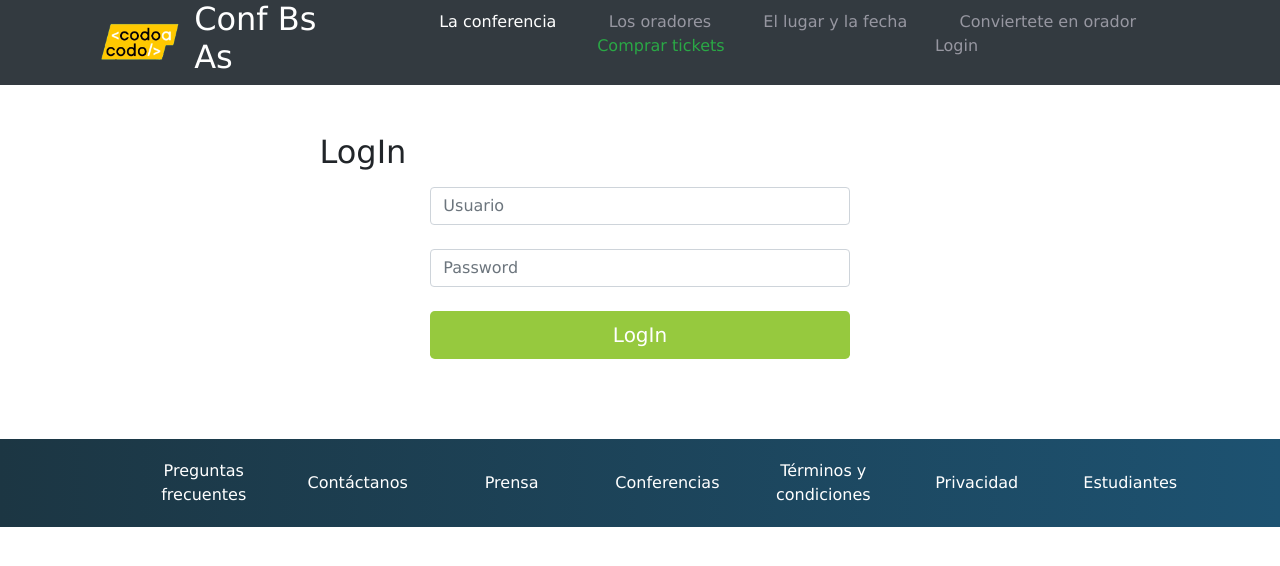
Repository: carolinaeramirez/tpntegrador_cac_23552
Page: http://localhost/integrador_cac/login.jsp
An editor plug-in stored every save of this project. The page is shown before and after the next save, followed by the edit.
The browser window is 1280 px wide. The pictures show the whole page.
The page is served by Tomcat 9. Other server files are loaded and not shown.

Above is the page before, as saved 2023-12-15 20:10:06.

### integrador_cac/src/main/webapp/login.jsp
<%@ page language="java" contentType="text/html; charset=UTF-8"
    pageEncoding="UTF-8"%>
<%@page import="ar.com.integrador.domain.Orador"%>
<%@page import="java.util.List"%>

<!doctype html>
<html lang="es">

	<head>
	  <meta charset="utf-8">
	  <meta name="viewport" content="width=device-width, initial-scale=1">




    <link
      rel="shortcut icon"
      href="./assets/img/favicon.ico"
      type="image/x-icon"
    />
    <link
      href="https://cdn.jsdelivr.net/npm/bootstrap@5.0.2/dist/css/bootstrap.min.css"
      rel="stylesheet"
      integrity="sha384-EVSTQN3/azprG1Anm3QDgpJLIm9Nao0Yz1ztcQTwFspd3yD65VohhpuuCOmLASjC"
      crossorigin="anonymous"
    />
    <link rel="stylesheet" href="./css/estilos.css" />
	  <title>Trabajo Integrador</title>

	</head>
	<body>

		<jsp:include page="header.jsp"/>

		<main class="d-flex justify-content-center align-items-center">
		 <section class="mt-5 container" id="form-orador">
		        <div class="row justify-content-center">
		            <div class="col-lg-8 col-xl-7">
		                <h2 class="titulo-gral mb-3">LogIn</h2>

		                <form action="<%=request.getContextPath()%>/LoginAdminController" method="POST">
		                    <div class="row justify-content-center">
		                        <div class="col-8 mb-3 mb-4">
		                            <input type="text" class="form-control" name="nombre" placeholder="Usuario" aria-label="Nombre" required>

		                        </div>
		                         <div class="col-8 mb-3 mb-4">
		                           <input type="password" class="form-control" name="password" placeholder="Password" aria-label="Password" required>
		                         </div>
		                    </div>
		                    <div class="row justify-content-center">
		                        <div class="col-8 mb-3">
		                            <div class="d-grid">
		                                <button type="submit" class="btn btn-lg btn-form">LogIn</button>
		                            </div>
		                        </div>
		                    </div>
		                </form>
		            </div>
		        </div>
		    </section>

		</main>

		<jsp:include page="footer.jsp"/>

		<script src="https://cdn.jsdelivr.net/npm/bootstrap@5.1.3/dist/js/bootstrap.bundle.min.js" integrity="sha384-ka7Sk0Gln4gmtz2MlQnikT1wXgYsOg+OMhuP+IlRH9sENBO0LRn5q+8nbTov4+1p" crossorigin="anonymous"></script>

	</body>
</html>

### integrador_cac/src/main/webapp/header.jsp
 <header>
      <div class="encabezado">
        <div class="encabezado__logo">
          <a
            href="https://buenosaires.gob.ar/educacion/codo-codo-40"
            target="_blank"
          >
            <img
              class="encabezado__logo__img"
              src="assets/img/codoacodo.png"
              alt="logo de codo a codo 4.0"
              loading="lazy"
            />
          </a>
        </div>
        <div class="encabezado__titulo">
          <h2>Conf Bs As</h2>
        </div>
        <nav class="encabezado__nav">
          <ul>
            <li>
              <a class="encabezado_conferencia" href="index.jsp#conferencia"
                >La conferencia</a
              >
            </li>
            <li>
              <a class="encabezado_links" href="index.jsp#oradores">Los oradores</a>
            </li>
            <li>
              <a class="encabezado_links" href="index.jsp#lugarFecha"
                >El lugar y la fecha</a
              >
            </li>
            <li>
              <a class="encabezado_links" href="index.jsp#formularioOrador"
                >Conviertete en orador</a
              >
            </li>
            <li>
              <a class="encabezado_comprar_tickets" href="tickets.jsp"
                >Comprar tickets</a
              >
            </li>
            <li>
              <a class="encabezado_links" href="login.jsp"
                >Login</a
              >
            </li>
          </ul>
        </nav>
        <div class="encabezado__hamburguesa">
          <i class="fas fa-bars" id="hamburguesa"></i>
        </div>
      </div>
    </header>

### integrador_cac/src/main/webapp/footer.jsp
<footer class="footer_contenedor">
      <a class="anclas_footer" href="">Preguntas frecuentes</a>
      <a class="anclas_footer" href="">Contáctanos</a>
      <a class="anclas_footer" href="">Prensa</a>
      <a class="anclas_footer" href="">Conferencias</a>
      <a class="anclas_footer" href="">Términos y condiciones</a>
      <a class="anclas_footer" href="">Privacidad</a>
      <a class="anclas_footer" href="">Estudiantes</a>
    </footer>

### integrador_cac/src/main/webapp/css/estilos.css
* {
  margin: 0;
  padding: 0;
  box-sizing: border-box;
  font-family: "Lucida Sans", "Lucida Sans Regular", "Lucida Grande",
    "Lucida Sans Unicode", Geneva, Verdana, sans-serif;

}

/* Encabezado */.encabezado {
  width: 100%;
  padding-left: 5%;
  padding-right: 5%;
  height: 15%;
  background-color: rgb(51, 58, 64);
  display: flex;
  align-items: center;
  justify-content: flex-start;
  flex-direction: row;

  /* Responsive */
  @media (max-width: 768px) {
    flex-direction: row;
    align-items:center;
    justify-content: space-between;
  }
}

.encabezado__logo {
  margin-left: 2%;
  width: 10%;

  /* Responsive */
  @media (max-width: 768px) {
    margin-left: 0;
    width: 100%;
  }
}

.encabezado__logo__img {
  width: 100%;
}

.encabezado__titulo {
  width: 15%;
  color: white;
  font-size: 1rem;

  /* Responsive */
}
@media (max-width: 768px) {
  .encabezado__titulo {
    margin-left: 0;
    width: 100%;
  }
}
.encabezado__nav {
  margin-right: 5%;
  width: 75%;
  display: flex;
  align-items: flex-end;
  justify-content: flex-end;
  flex-direction: row;
  position: relative;

  /* Responsive */
}
.encabezado__hamburguesa {
  color: white;
  position: absolute;
  right: 20px;
  top: 10px;
}
@media (max-width: 768px) {
  .encabezado__nav {
    display: none;
  }

  .encabezado__hamburguesa {
    display: block;
  }
}
.encabezado__nav ul {
  display: flex;
  align-items: flex-end;
  justify-content: space-evenly;
  flex-direction: row;
  flex-wrap: wrap;
  list-style: none;
}

.encabezado__nav ul li a {
  margin-left: 30px;
  text-decoration: none;
  font-size: 1rem;
}

.encabezado_conferencia {
  color: white;
}

.encabezado_links {
  color: rgb(151, 151, 161);
}

.encabezado_comprar_tickets {
  color: rgb(42, 168, 69);
}

/* conferencia Bs As */
.section_conferencia {
  width: 100%;
  background-image: linear-gradient(rgba(0, 0, 0, 0.5), rgba(0, 0, 0, 0.4)),
    url("../assets/img/palaciodelasaguas.jpg");
  background-size: cover;
  background-position: center;
  background-repeat: no-repeat;
  display: flex;
  flex-direction: column;
  align-content: flex-end;
  justify-content: flex-end;
  text-align: right;
  color: white;
  padding-right: 5%;
  padding-bottom: 10%;
  padding-top: 10%;

  /* Responsive */
}
@media (max-width: 768px) {
  .section_conferencia {
    padding-left: 0;
    padding-right: 0;
    text-align: center;
    flex-wrap: wrap;
  }
}
.section_conferencia h1 {
  font-size: 2rem;
  font-weight: 500;
  margin: 0;
  padding: 0;

  /* Responsive */
}
@media (max-width: 768px) {
  .section_conferencia h1 {
    font-size: 24px;
  }
}
.section_conferencia p {
  font-size: 1rem;
  font-weight: 400;
  margin-left: 50%;
  padding: 0;

  /* Responsive */
  @media (max-width: 768px) {
    font-size: 14px;
  }
}

.section_conferencia_button {
  font-size: 1.5rem;
  display: flex;
  justify-content: flex-end;
  padding-top: 20px;

  /* Responsive */
  @media (max-width: 768px) {
    display: flex;
    flex-direction: column;
    justify-content: center;
  }
}

.comprar_tickets {
  text-decoration: none;
  border-radius: 8%;
  border: none;
  background-color: rgb(39, 168, 68);
  color: white;
  padding: 1%;
  margin-left: 10px;
  font-size: 1rem;

  /* Responsive */
  @media (max-width: 768px) {
    margin: 0 auto;
  }
}

.quiero_ser_orador {
  text-decoration: none;
  border-radius: 8%;
  border: solid 1px white;
  color: white;
  padding: 1%;
  font-size: 1rem;

  /* Responsive */
  @media (max-width: 768px) {
    margin: 0 auto;
  }
}

/* LOS ORADORES */
.oradores {
  width: 80%;
  margin: 2% auto;
  text-align: center;
  padding-top: 5px;

  @media (max-width: 780px) {
    margin: 0;
    padding: 0;
    width: 100%;
    flex-direction: column;
  }
}
.contenedor-tarjetas {
  padding: 1%;
  display: flex;
  justify-content: space-between;
  /* Responsive */
}
@media (max-width: 780px) {
  .contenedor-tarjetas {
    margin: 0;
    padding: 0;
    width: 100%;
    flex-direction: column;
    flex-wrap: wrap;
  }
}
@media (max-width: 780px) {
  .card {
    flex-direction: column;
    width: 100%;
  }
}

.temas {
  display: flex;
  flex-direction: row;
  align-items: start;
  justify-content: start;
}
.colorCeleste {
  margin-left: 10px;
  padding: 2px;
  font-size: 1rem;
  background-color: rgb(0, 200, 255);
  color: white;
  border: 1px solid rgb(0, 200, 255);
  border-radius: 5px;
}
.colorAmarillo {
  font-size: 1rem;
  background-color: rgb(255, 255, 0);
  color: black;
  padding: 2px;
  border: 1px solid rgb(255, 255, 0);
  border-radius: 5px;
}
.colorGris {
  padding: 2px;
  font-size: 1rem;
  background-color: rgb(106, 106, 106);
  color: white;
  border: 1px solid rgb(106, 106, 106);
  border-radius: 5px;
}
.colorRojo {
  padding: 2px;
  margin-left: 10px;
  font-size: 1rem;
  background-color: rgb(171, 2, 2);
  color: white;
  border: 1px solid rgb(171, 2, 2);
  border-radius: 5px;
  text-align: left;
}
.card-title {
  text-align: left;
  font-weight: bold;
}
.card-text {
  text-align: justify;
}
/* honolulu section. */

.lugar_fecha {
  width: 100%;
  height: 400px;
  margin-top: 1%;
  display: flex;
  justify-content: space-between;
  flex-direction: row;
}

.lugar_fecha_imagen {
  max-width: 50%;
  overflow: hidden;
  align-items: center;
}
.lugar_fecha_imagen img {
  max-width: 100%;
  height: auto;
}

.lugar_fecha_texto {
  padding: 2%;
  width: 50%;
  background-color: rgb(53, 58, 61);
  display: flex;
  justify-content: start;
  align-content: flex-start;
  flex-wrap: wrap;
  text-align: left;
}
.lugar_fecha_texto h2 {
  color: white;
  font-size: 2rem;
}
.lugar_fecha_texto p {
  color: white;
  font-size: 1rem;
}
.lugar_fecha_conoce_mas {
  display: flex;
  flex-direction: row;
  align-items: end;
  justify-content: end;
  color: white;
  font-size: 1rem;
  border: solid 1px white;
}
@media (max-width: 780px) {
  .lugar_fecha {
    flex-direction: column;
    height: auto;
  }

  .lugar_fecha_imagen {
    max-width: 100%;
  }

  .lugar_fecha_texto {
    width: 100%;
  }
}
/* ***************************************************** */
/* Formulario oradores */

.formularioOrador {

  display: flex;
  justify-content: space-evenly;
  align-items: center;
  background-color: aqua;
  flex-direction: row;
  margin-bottom:10%

}
.btn-form {
  background: #96c93e;
  color: #fff !important;
}
.btn-form:hover { background: #74aa17; }
.titulo-subtitulo {
  margin-top: 5%;
  display: flex;
  justify-content: center;
  align-items: center;
  flex-direction: column;
}
.titulo-subtitulo .titulo {
  color: black;
  font-size: 2rem;
}
.titulo-subtitulo .subtitulo {
  color: black;
  font-size: 1rem;
}
.titulo-subtitulo .info {
  text-align: left;
  color: black;
  font-size: 1.5rem;
  font-family: "Gill Sans", "Gill Sans MT", Calibri, "Trebuchet MS", sans-serif;
}
.formulario-row {
  background-color: aqua;
  width: 80%;
  margin-left: 15%;
}
.input-textarea {
  width: 80%;
  height: auto;
  margin-left: 15%;
}
.label-textarea {
  color: rgb(115, 110, 110);
  font-size: 1rem;
  padding: 0;
}
.input {
  width: 100%;
  margin-right: 5%;
  border: solid 1px gray;
  border-radius: 5%;
}
.input_textarea {
  width: 105%;
  height: 20vh;
  display: block;
  justify-content: center;
  align-items: center;
  margin-top: 5%;
}
.btn-enviar {
  margin-top: 1%;
  width: 100%;
  padding: 8px;
  background-color: rgb(150, 201, 62);
  border-radius: 5px;
  border: solid 1px rgb(150, 201, 62);
  font-size: 1rem;

}
.btn-enviar:hover{
	background-color: rgb(103,201,05);
}

/* FOOTER */
.footer_contenedor {

  display: flex;
  flex-wrap: nowrap;
  flex-direction: row;
  justify-content: space-evenly;
  align-items: center;
  text-align: center;
  margin-top: 5%;
  padding: 20px 100px 20px 100px;
  background: linear-gradient(to right, rgb(28, 54, 67), rgb(29, 82, 113));
position:sticky;
  bottom: 0;
  width: 100%;

}
@media (max-width: 780px) {
  .footer_contenedor {
    align-items: start;
    justify-content: flex-start;
    flex-direction: column;
    height: auto;
position:sticky;
  bottom: 0;
  width: 100%;
  }
}
.footer_contenedor ul {
  list-style: none;
  display: flex;
  flex-wrap: nowrap;
  flex-direction: row;
  justify-content: space-evenly;
  align-items: center;
}
.anclas_footer {
  width: 10%;
  text-decoration: none;
  color: white;
  font-size: 1rem;
  margin-left: 5%;
}

/* PAGE TICKETS */
.main-tickets {
  width: 100%;
  height: auto;
}
/* ****************Categorias de descuentos************ */
.categoria {
  padding: 1%;
  display: flex;
  flex-direction: row;
  justify-content: space-evenly;
  width: 60%;
  margin-left: 20%;
  margin-top: 3%;
  align-items: center;
  align-content: center;
  /* gap: 10px; */
  flex-wrap: wrap;
}

.categoria__cat {
  width: 30%;
  height: 30%;
  display: flex;
  flex-direction: column;
  justify-content: center;
  align-items: center;
  flex-wrap: 10px;
  background: #ffffff;
  text-align: center;
  padding: 25px;
  transition: transform 0.3s;
}
.categoria__cat:hover {
  transform: scale(1.1);
  box-shadow: 0 0 10px rgba(0, 0, 0, 0.5);
}

.categoria__cat__title {
  text-align: center;
  font-family: Arial, Helvetica, sans-serif;
  font-size: 1.5rem;
  font-style: normal;
  font-weight: 600;
  line-height: normal;
  line-height: 2.5;
}

.categoria__cat__texto {
  font-size: 0.8rem;
  font-style: normal;
  font-weight: 400;
  line-height: normal;
  display: flex;
  flex-direction: column;
  line-height: 2.5;
}
.categoria__cat__porcentaje {
  text-align: center;
  font-family: Arial, Helvetica, sans-serif;
  font-size: 1rem;
  font-style: normal;
  font-weight: 600;
  line-height: normal;
  line-height: 2.5;
}
@media (max-width: 780px) {
  .categoria {
    margin-left: 20%;
    padding: 0;
    width: 70%;
    height: 30%;
    display: flex;
    justify-content: center;
    align-items: center;
    flex-direction: column;
    flex-wrap: wrap;
  }
  .categoria__cat {
    width: 100%;
    margin-top: 20px;
  }
}
/* Uso el id para darles los bordes de cada color a las categorias */
#estudiante {
  border: solid 2px;
  border-color: rgb(0, 123, 255);
}

#trainee {
  border: solid 2px;
  border-color: rgb(23, 162, 184);
}
#junior {
  border: solid 2px;
  border-color: rgb(255, 193, 7);
}

/* Formulario de compra de tickets */

.form {
  width: 100%;
  display: flex;
  flex-direction: column;
  justify-content: center;
  align-items: center;
  padding: 1% 10% 0% 10%;
}

.form__encabezado {
  display: flex;
  justify-content: center;
  flex-direction: column;
  align-items: center;
  line-height: 2;
}

.form-input-center {
  padding: 5px;
  display: flex;
  flex-direction: row;
  justify-content: space-between;
  width: 70%;
}


.input-center {
  margin-bottom: 10px;
  margin-right: 5px;
  display: flex;
  flex-direction: row;
  justify-content: space-between;
  width: 100%;
  border-radius: 5px;
  border: 1px solid rgb(141, 138, 138);
  padding: 2px;
}
@media (max-width: 780px) {
  .form-input-center {
    margin-left: 0%;
    padding: 0;
    width: 100%;
    display: flex;
    justify-content: center;
    align-items: center;
    flex-direction: column;
    flex-wrap: wrap;
  }

}
#categoria {
  padding: 1px;
  margin-left: 3px;
  width: 98%;
}

.input-label {
  font-size: 0.9rem;

  width: 100%;
  display: flex;
  justify-content: space-between;
  flex-direction: column;
}

/* pago y botones  */
.total {
  /* margin-top: 20px; */
  width: 70%;
  display: flex;
  align-items: center;
  justify-content: start;
  flex-direction: row;
  padding: 5px;
}
.total_pago {
  width: 100%;
  background-color: lightblue;
  border: 1px solid rgb(204, 229, 255);
  border-radius: 5px;
  font-size: 1rem;
  display: block;
  padding: 2px;
}
.botones {
  width: 70%;
  display: flex;
  justify-content: space-between;
  flex-direction: row;
  align-items: center;
  padding: 5px;
}
.boton {
  display: flex;
  justify-content: center;
  background-color: rgb(151, 201, 62);
  width: 50%;
  text-align: center;
  font-size: 1.2rem;
  color: white;
  border: 1px solid rgb(151, 201, 62);
  border-radius: 3px;
  /* margin-left: 5px; */
}

After the next save:
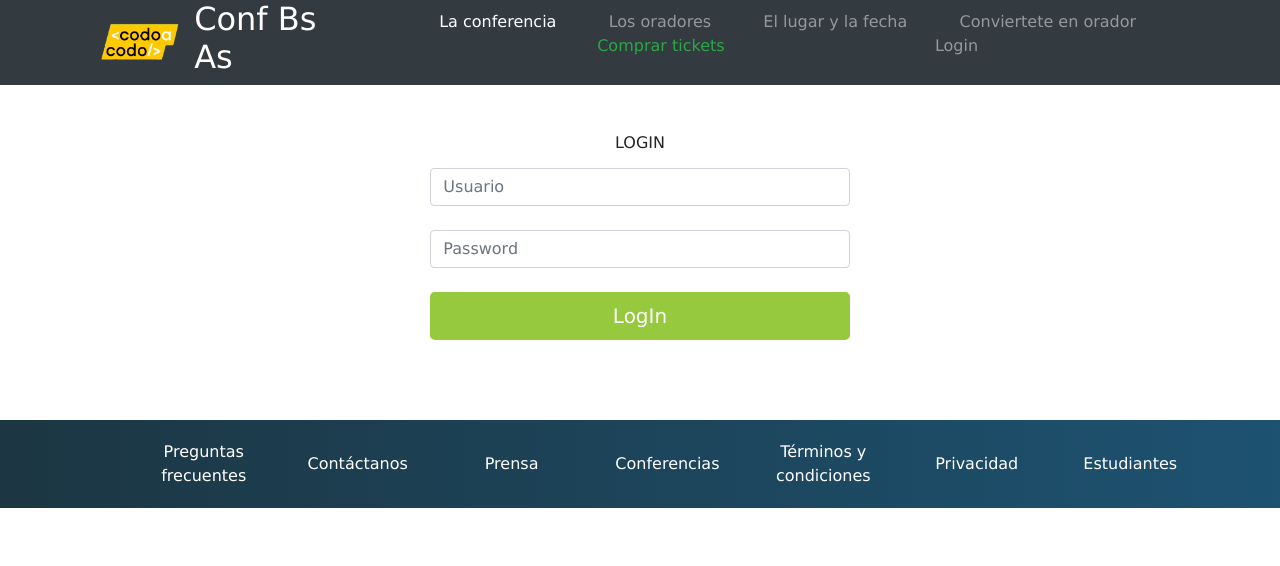
Saved 54 s later.
--- a/integrador_cac/src/main/webapp/css/estilos.css
+++ b/integrador_cac/src/main/webapp/css/estilos.css
@@ -476,6 +476,17 @@
   margin-left: 5%;
 }
 
+.titulo-gral {
+  text-align: center;
+  font-weight: 400;
+  text-transform: uppercase;
+  font-size: 1rem;
+}
+.titulo-gral span {
+  display: block;
+  font-weight: 700;
+  font-size: 2.2rem;
+}
 /* PAGE TICKETS */
 .main-tickets {
   width: 100%;
